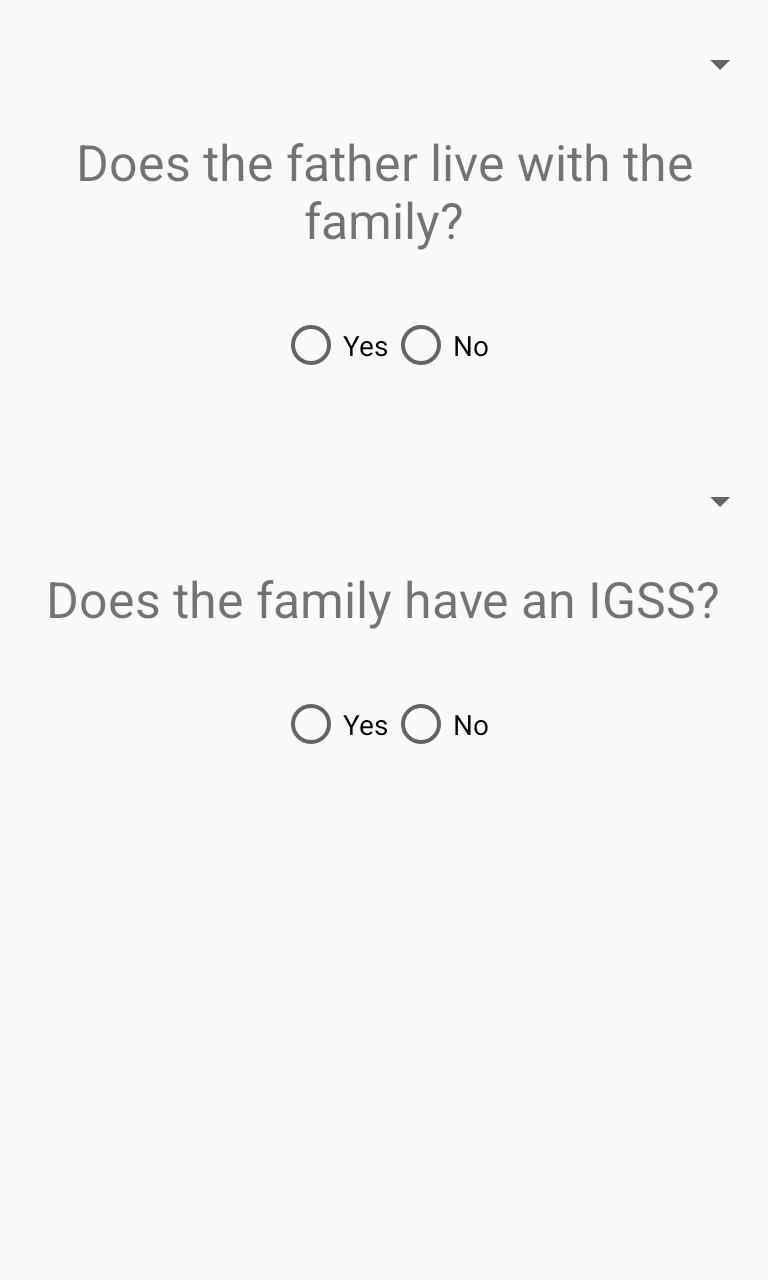
Repository: achavez812/GuatemalaProject2
Layout: GuateMedic-master/GuateMedic/res/layout/fragment_add_new_family_visit1.xml
These files come from the project's save history. The layout is drawn as it stood at one moment and after the next save; the edit follows.
It is drawn on a 768 x 1280 px phone screen (xhdpi) without system bars, with theme AppTheme; the app's code is not run.

Above is the layout before, as saved 2014-07-05 03:13:53.

### GuateMedic-master/GuateMedic/res/layout/fragment_add_new_family_visit1.xml
<?xml version="1.0" encoding="utf-8"?>
<ScrollView xmlns:android="http://schemas.android.com/apk/res/android"
    android:layout_width="match_parent"
    android:layout_height="wrap_content">
	<LinearLayout
	    android:layout_width="match_parent"
	    android:layout_height="wrap_content"
	    android:gravity="center_horizontal"
	    android:orientation="vertical">
	    <Spinner
	        android:id="@+id/family_visit1_parent1_marital_status"
	        android:layout_width="match_parent"
	        android:layout_height="wrap_content"
	        android:layout_marginTop="20dp"/>

     	<TextView
         	android:id="@+id/family_visit1_father_lives_with_text"
         	android:layout_width="wrap_content"
         	android:layout_height="wrap_content"
         	android:gravity="center"
			android:layout_marginTop="20dp"
         	android:textSize="25sp"
         	android:text="Does the father live with the family?"/>

     	<LinearLayout
	        android:layout_width="match_parent"
	        android:layout_height="wrap_content"
	        android:layout_marginTop="30dp"
	        android:layout_marginBottom="30dp"
	        android:gravity="center_horizontal"
	        android:orientation="horizontal" >

	    	<RadioGroup
	    	    android:id="@+id/family_visit1_father_lives_with"
			    android:layout_width="wrap_content"
			    android:layout_height="wrap_content"
			    android:orientation="horizontal">

			    <RadioButton android:id="@+id/yes_father_lives_with"
			        android:layout_width="wrap_content"
			        android:layout_height="wrap_content"
			        android:text="Yes"/>

			    <RadioButton android:id="@+id/no_father_lives_with"
			        android:layout_width="wrap_content"
			        android:layout_height="wrap_content"
			        android:text="No"/>

			</RadioGroup>

		</LinearLayout>


	  	<Spinner
	        android:id="@+id/family_visit1_fathers_job"
	        android:layout_width="match_parent"
	        android:layout_height="wrap_content"
	        android:layout_marginTop="20dp" />


	     <TextView android:id="@+id/family_visit1_igss_text"
	         android:layout_width="wrap_content"
	         android:layout_height="wrap_content"
	         android:gravity="center"
	         android:layout_marginTop="20dp"
	         android:textSize="25sp"
	         android:text="Does the family have an IGSS?" />

	   	<LinearLayout
	        android:layout_width="match_parent"
	        android:layout_height="wrap_content"
	        android:layout_marginTop="30dp"
	        android:layout_marginBottom="30dp"
	        android:gravity="center_horizontal"
	        android:orientation="horizontal" >

	    	<RadioGroup
	    	    android:id="@+id/family_visit1_igss"
			    android:layout_width="wrap_content"
			    android:layout_height="wrap_content"
			    android:orientation="horizontal">

			    <RadioButton android:id="@+id/yes_igss"
			        android:layout_width="wrap_content"
			        android:layout_height="wrap_content"
			        android:text="Yes"/>

			    <RadioButton android:id="@+id/no_igss"
			        android:layout_width="wrap_content"
			        android:layout_height="wrap_content"
			        android:text="No"/>

			</RadioGroup>

		</LinearLayout>

	</LinearLayout>
</ScrollView>

### GuateMedic-master/GuateMedic/res/values/styles.xml
<resources xmlns:android="http://schemas.android.com/apk/res/android">

    <!--
        Base application theme, dependent on API level. This theme is replaced
        by AppBaseTheme from res/values-vXX/styles.xml on newer devices.
    -->

    <!-- Application theme. -->
    <style name="AppTheme" parent="@style/Theme.AppCompat.Light.DarkActionBar">
        <!-- All customizations that are NOT specific to a particular API-level can go here. -->
    	<item name="android:typeface">sans</item>
        <item name="actionBarStyle">@style/MyActionBar</item>
    	<item name="android:actionBarStyle">@style/MyActionBar</item>
    	<item name="android:actionOverflowButtonStyle">@style/OverFlow</item>
    	<item name="android:popupMenuStyle">@style/MyPopupMenu</item>
    	<item name="popupMenuStyle">@style/MyPopupMenu</item>
        <item name="android:panelBackground">#004d6b</item>
         <item name="android:itemTextAppearance">@style/myCustomMenuTextApearance</item>

    </style>
       <style name="myCustomMenuTextApearance" parent="@android:style/TextAppearance.Widget.IconMenu.Item">
        <item name="android:textColor">#FFFFFF</item>
        <item name="android:textSize">20sp</item>

    </style>
    <style name="MyActionBar" parent="@style/Widget.AppCompat.Light.ActionBar.Solid.Inverse">
        <item name="android:background">#004d6b</item>
        <item name="android:titleTextStyle">@style/TitleText</item>



    </style>

    <style name ="MyPopupMenu" parent="android:Theme.Holo.Light">
        <item name="android:popupBackground">#004d6b</item>
    </style>

    <style name="OverFlow" parent="@android:style/Widget.Holo.ActionButton.Overflow">
    	<item name="android:src">@drawable/ic_action_overflow</item>
	</style>
    <style name="TitleText">
        <item name="android:textColor">#FFFFFF</item>
        <item name="android:typeface">sans</item>
        <item name="android:textSize">30sp</item>

    </style>
	<!--
	<style name="HomePage" parent="AppTheme">
	<item name="android:background"> @drawable/guatemala_home_bg </item>
	</style>
	    -->





</resources>

After the next save:
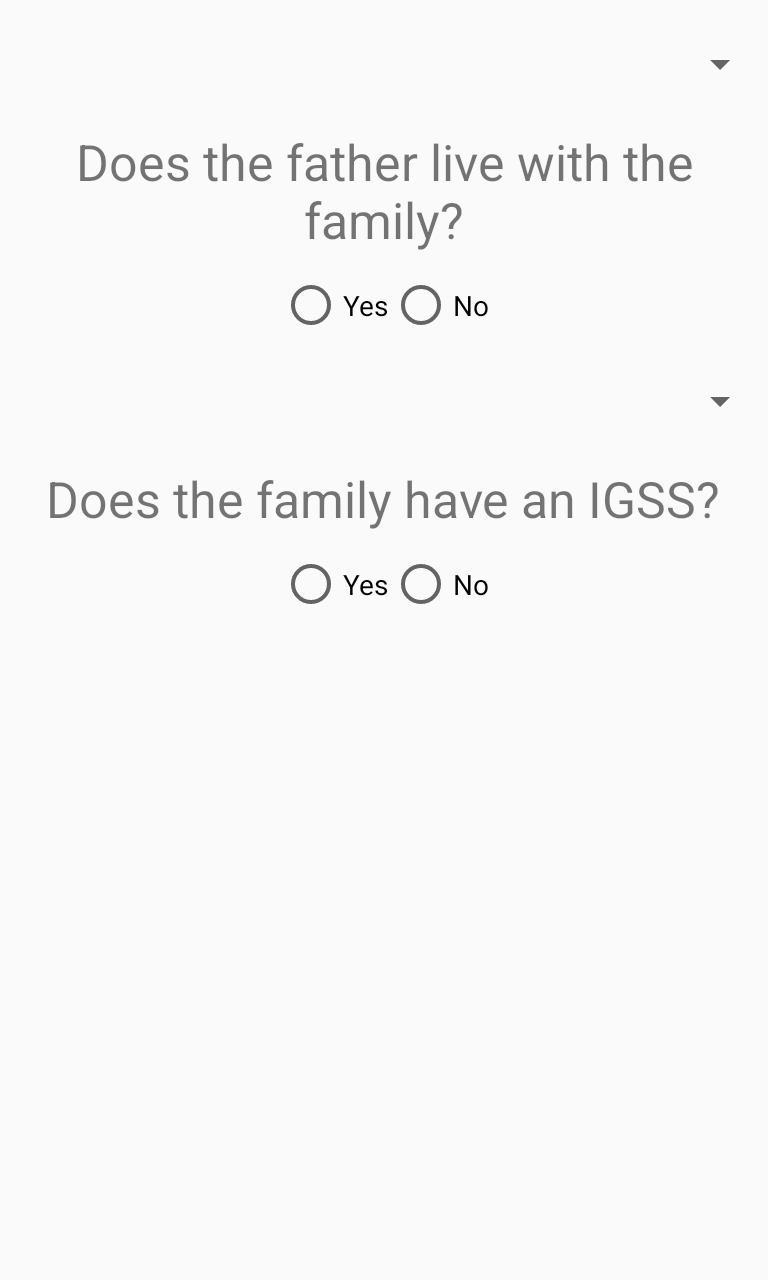
Saved 21 s later.
--- a/GuateMedic-master/GuateMedic/res/layout/fragment_add_new_family_visit1.xml
+++ b/GuateMedic-master/GuateMedic/res/layout/fragment_add_new_family_visit1.xml
@@ -25,8 +25,7 @@
      	<LinearLayout
 	        android:layout_width="match_parent"
 	        android:layout_height="wrap_content"
-	        android:layout_marginTop="30dp"
-	        android:layout_marginBottom="30dp"
+	        android:layout_marginTop="10dp"
 	        android:gravity="center_horizontal"
 	        android:orientation="horizontal" >
 
@@ -69,8 +68,7 @@
 	   	<LinearLayout
 	        android:layout_width="match_parent"
 	        android:layout_height="wrap_content"
-	        android:layout_marginTop="30dp"
-	        android:layout_marginBottom="30dp"
+	        android:layout_marginTop="10dp"
 	        android:gravity="center_horizontal"
 	        android:orientation="horizontal" >
 
